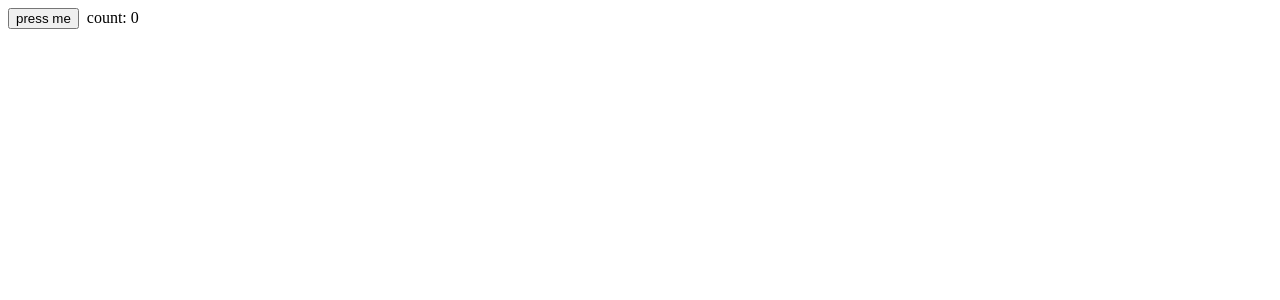
Repository: Micheal11/ReverseStringAssignment
Page: OwnWidgetPractice.html
The author's editor kept a copy of each file at every save. The page is drawn from the files as they stood at one save, then again after the next save.
The browser window is 1280 px wide. The pictures show the whole page.

Above is the page before, as saved 2017-07-13 12:43:41.

### OwnWidgetPractice.html
<div>
  <button>press me</button>
  &nbsp;count: <span>0</span>
</div>

After the next save:
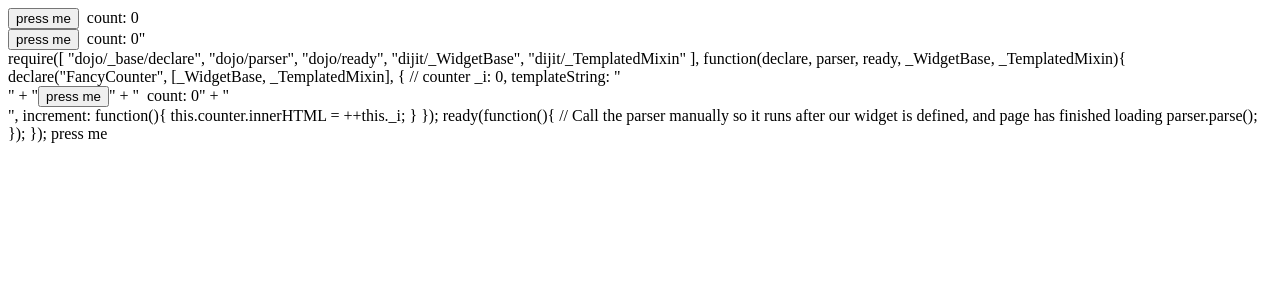
Saved 96 s later.
--- a/OwnWidgetPractice.html
+++ b/OwnWidgetPractice.html
@@ -2,3 +2,32 @@
   <button>press me</button>
   &nbsp;count: <span>0</span>
 </div>
+<div>
+  <button data-dojo-attach-event='onclick: increment'>press me</button>
+  &nbsp;count: <span data-dojo-attach-point='counter'>0</span>"
+</div>
+require([
+     "dojo/_base/declare", "dojo/parser", "dojo/ready",
+     "dijit/_WidgetBase", "dijit/_TemplatedMixin"
+ ], function(declare, parser, ready, _WidgetBase, _TemplatedMixin){
+
+     declare("FancyCounter", [_WidgetBase, _TemplatedMixin], {
+         // counter
+         _i: 0,
+
+         templateString: "<div>" +
+             "<button data-dojo-attach-event='onclick: increment'>press me</button>" +
+             "&nbsp; count: <span data-dojo-attach-point='counter'>0</span>" +
+             "</div>",
+
+         increment: function(){
+             this.counter.innerHTML = ++this._i;
+         }
+     });
+
+     ready(function(){
+         // Call the parser manually so it runs after our widget is defined, and page has finished loading
+         parser.parse();
+     });
+ });
+<span data-dojo-type="FancyCounter">press me</span>
